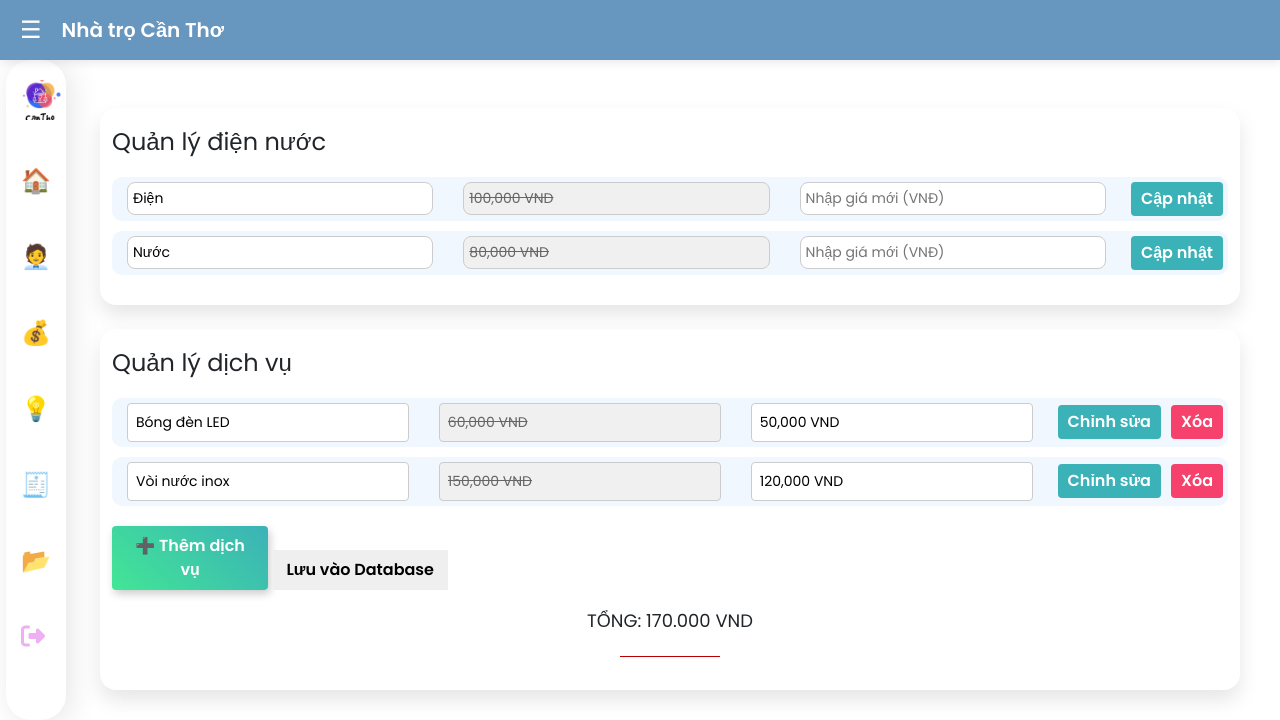
Repository: nhutty0402/DoAn02
Page: HTML/dichvu.html
An editor plug-in stored every save of this project. The page is shown before and after the next save, followed by the edit.
The browser window is 1280 px wide. The pictures show the whole page.

Above is the page before, as saved 2025-03-20 23:58:34.

### HTML/dichvu.html
<!DOCTYPE html>
<html>
<head>
    <meta charset="utf-8">
    <meta http-equiv="X-UA-Compatible" content="IE=edge">
    <title></title>
    <meta name="description" content="">
    <meta name="viewport" content="width=device-width, initial-scale=1">
    <link rel="stylesheet" href="../css/dichvu.css">

    <!-- CSS -->
    <link href="https://cdn.jsdelivr.net/npm/bootstrap@5.3.3/dist/css/bootstrap.min.css" rel="stylesheet" integrity="sha384-QWTKZyjpPEjISv5WaRU9OFeRpok6YctnYmDr5pNlyT2bRjXh0JMhjY6hW+ALEwIH" crossorigin="anonymous">
    <link href="https://fonts.googleapis.com/css2?family=Poppins:wght@300;400;600&display=swap" rel="stylesheet">
    <link rel="stylesheet" href="https://cdnjs.cloudflare.com/ajax/libs/font-awesome/6.4.2/css/all.min.css">

    <!-- JS -->
    <script src="https://cdnjs.cloudflare.com/ajax/libs/jquery/3.7.1/jquery.min.js" integrity="sha512-v2CJ7UaYy4JwqLDIrZUI/4hqeoQieOmAZNXBeQyjo21dadnwR+8ZaIJVT8EE2iyI61OV8e6M8PP2/4hpQINQ/g==" crossorigin="anonymous" referrerpolicy="no-referrer"></script>
    <script src="https://cdn.jsdelivr.net/npm/@popperjs/core@2.11.8/dist/umd/popper.min.js" integrity="sha384-I7E8VVD/ismYTF4hNIPjVp/Zjvgyol6VFvRkX/vR+Vc4jQkC+hVqc2pM8ODewa9r" crossorigin="anonymous"></script>
    <script src="https://cdn.jsdelivr.net/npm/bootstrap@5.3.3/dist/js/bootstrap.min.js" integrity="sha384-0pUGZvbkm6XF6gxjEnlmuGrJXVbNuzT9qBBavbLwCsOGabYfZo0T0to5eqruptLy" crossorigin="anonymous"></script>
</head>

<body>
    <header class="header">
        <div class="menu-toggle">☰</div>
        <div class="header-title">Nhà trọ Cần Thơ</div>
    </header>

    <div class="sidebar">
        <div class="logo_content">
            <div class="logo">
                <div class="icon">
                    <img src="../imag/moi.jpg" alt="Logo">
                </div>
                <div class="logo_name">Xin chào, admin</div>
            </div>
        </div>
        <ul class="nav_list">
            <li><a href="menu.html"><span class="icon">🏠</span><span class="link_name">Trang chủ</span></a></li>
            <li><a href="Quanlykhachhang.html"><span class="icon">🧑‍💼</span><span class="link_name">Quản lý khách hàng</span></a></li>
            <li><a href="doanhthu.html"><span class="icon">💰</span><span class="link_name">Doanh thu</span></a></li>
            <li><a href="dichvu.html"><span class="icon">💡</span><span class="link_name">Dịch vụ</span></a></li>
            <li><a href="hoadon.html"><span class="icon">🧾</span><span class="link_name">Hóa đơn</span></a></li>
            <li><a href="quanlihopdong.html"><span class="icon">📂</span><span class="link_name">Quản lý hợp đồng</span></a></li>
            <li><a href="dangxuat.html" class="logout-link"><span class="icon"><i class="fas fa-sign-out-alt"></i></span><span class="link_name">Đăng Xuất</span></a></li>
        </ul>
    </div>

    <div class="content flex-grow-1 p-4">
        <div class="topbar d-flex justify-content-between align-items-center mb-4"></div>

        <!-- Quản lý điện nước -->
        <div class="container">
            <div class="cf-title-03">
                <h3>Quản lý điện nước</h3>
            </div>
            <div id="product-list">
                <!-- Sản phẩm mẫu được thêm trực tiếp trong HTML -->
                <div class="product">
                    <input type="text" value="Điện" placeholder="Tên sản phẩm" readonly>
                    <input type="text" value="100,000 VND" placeholder="Giá cũ (VNĐ)" readonly class="old-price">
                    <input type="text" value="" placeholder="Nhập giá mới (VNĐ)" oninput="formatCurrency(this)">
                    <div class="btn-group">
                        <button class="update-btn" onclick="updateProduct(this)">Cập nhật</button>
                    </div>
                </div>
                <div class="product">
                    <input type="text" value="Nước" placeholder="Tên sản phẩm" readonly>
                    <input type="text" value="80,000 VND" placeholder="Giá cũ (VNĐ)" readonly class="old-price">
                    <input type="text" value="" placeholder="Nhập giá mới (VNĐ)" oninput="formatCurrency(this)">
                    <div class="btn-group">
                        <button class="update-btn" onclick="updateProduct(this)">Cập nhật</button>
                    </div>
                </div>
            </div>
        </div><br>

        <!-- Quản lý dịch vụ -->
        <div class="container">
            <div class="cf-title-03">
                <h3>Quản lý dịch vụ</h3>
            </div>
            <div id="service-list">
                <!-- Dịch vụ mẫu được thêm trực tiếp trong HTML -->
                <div class="service">
                    <input type="text" value="Bóng đèn LED" placeholder="Tên sản phẩm" readonly class="product-name">
                    <input type="text" value="60,000 VND" placeholder="Giá cũ (VNĐ)" readonly class="old-price">
                    <input type="text" value="50,000 VND" placeholder="Nhập giá mới (VNĐ)" readonly class="new-price">
                    <div class="btn-group">
                        <button class="update-btn" onclick="updateService(this)">Chỉnh sửa</button>
                        <button class="delete-btn" onclick="deleteService(this)">Xóa</button>
                    </div>
                </div>
                <div class="service">
                    <input type="text" value="Vòi nước inox" placeholder="Tên sản phẩm" readonly class="product-name">
                    <input type="text" value="150,000 VND" placeholder="Giá cũ (VNĐ)" readonly class="old-price">
                    <input type="text" value="120,000 VND" placeholder="Nhập giá mới (VNĐ)" readonly class="new-price">
                    <div class="btn-group">
                        <button class="update-btn" onclick="updateService(this)">Chỉnh sửa</button>
                        <button class="delete-btn" onclick="deleteService(this)">Xóa</button>
                    </div>
                </div>
            </div>
            <button class="add-btn" onclick="addService()">➕ Thêm dịch vụ</button>
            <button class="save-db-btn" onclick="saveToDatabase()">Lưu vào Database</button>
            <div class="cf-title-01">
                <h6>TỔNG: <span id="total-price">0 VND</span></h6>
            </div>
        </div>

    <!-- JavaScript -->
    <script>
        const toggle = document.querySelector('.menu-toggle');
        const sidebar = document.querySelector('.sidebar');
        toggle.addEventListener('click', () => {
            sidebar.classList.toggle('active');
        });

        function formatCurrency(input) {
            let value = input.value.replace(/\D/g, '');
            if (value === '') {
                input.value = '';
                return;
            }
            let number = parseInt(value, 10);
            input.value = number.toLocaleString('vi-VN') + ' VND';
        }

        function addService(name = "", price = "", oldPrice = "") {
            let serviceList = document.getElementById("service-list");
            let serviceDiv = document.createElement("div");
            serviceDiv.classList.add("service");
            serviceDiv.innerHTML = `
                <input type="text" value="${name}" placeholder="Tên sản phẩm">
                <input type="text" value="${oldPrice ? parseInt(oldPrice).toLocaleString('vi-VN') + ' VND' : ''}" placeholder="Giá cũ (VNĐ)" readonly class="old-price">
                <input type="text" value="${price}" placeholder="Nhập giá mới (VNĐ)" oninput="formatCurrency(this)">
                <div class="btn-group">
                    <button class="update-btn" onclick="updateService(this)">Cập nhật</button>
                    <button class="delete-btn" onclick="deleteService(this)">Xóa</button>
                </div>
            `;
            serviceList.appendChild(serviceDiv);
        }

        function updateProduct(button) {
            let productDiv = button.closest(".product");
            let inputs = productDiv.querySelectorAll("input");
            if (button.innerText === "Cập nhật") {
                let name = inputs[0].value.trim();
                let price = inputs[2].value.trim().replace(/\D/g, '');
                if (name === "" || price === "") {
                    alert("Vui lòng nhập đầy đủ thông tin!");
                    return;
                }
                inputs[0].setAttribute("readonly", true);
                inputs[2].setAttribute("readonly", true);
                button.innerText = "Chỉnh sửa";
                button.classList.remove("update-btn");
                button.classList.add("edi-btn");
                alert(`Cập nhật thành công: ${name} - ${inputs[2].value}`);
            } else {
                inputs[0].removeAttribute("readonly");
                inputs[2].removeAttribute("readonly");
                button.innerText = "Cập nhật";
                button.classList.remove("edi-btn");
                button.classList.add("update-btn");
            }
        }

        function updateService(button) {
            let serviceDiv = button.closest(".service");
            let inputs = serviceDiv.querySelectorAll("input");
            if (button.innerText === "Cập nhật") {
                let name = inputs[0].value.trim();
                let price = inputs[2].value.trim().replace(/\D/g, '');
                if (name === "" || price === "") {
                    alert("Vui lòng nhập đầy đủ thông tin!");
                    return;
                }
                inputs[0].setAttribute("readonly", true);
                inputs[2].setAttribute("readonly", true);
                button.innerText = "Chỉnh sửa";
                button.classList.remove("update-btn");
                button.classList.add("edi-btn");
                alert(`Cập nhật thành công: ${name} - ${inputs[2].value}`);
            } else {
                inputs[0].removeAttribute("readonly");
                inputs[2].removeAttribute("readonly");
                button.innerText = "Cập nhật";
                button.classList.remove("edi-btn");
                button.classList.add("update-btn");
            }
        }

        function deleteService(button) {
            if (confirm("Bạn có chắc muốn xóa sản phẩm này?")) {
                button.closest(".service").remove();
            }
        }
    </script>
    <!--Tính tổng-->
    <script>
        // Hàm tính tổng giá mới và hiển thị
        function calculateTotal() {
            const newPriceInputs = document.querySelectorAll('.new-price');
            let total = 0;

            newPriceInputs.forEach(input => {
                // Lấy giá trị từ input, loại bỏ " VND" và dấu phẩy
                const priceText = input.value.replace(' VND', '').replace(/,/g, '');
                const price = parseFloat(priceText) || 0; // Chuyển thành số, nếu không hợp lệ thì trả về 0
                total += price;
            });

            // Định dạng tổng với dấu phẩy và thêm " VND"
            const formattedTotal = total.toLocaleString('vi-VN') + ' VND';
            document.getElementById('total-price').textContent = formattedTotal;
        }

        // Hàm thêm dịch vụ mới
        function addService() {
            const serviceList = document.getElementById('service-list');
            const newService = document.createElement('div');
            newService.className = 'service';
            newService.innerHTML = `
                <input type="text" placeholder="Tên sản phẩm" class="product-name">
                <input type="text" placeholder="Giá cũ (VNĐ)" class="old-price">
                <input type="text" placeholder="Nhập giá mới (VNĐ)" class="new-price" oninput="calculateTotal()">
                <div class="btn-group">
                    <button class="update-btn" onclick="updateService(this)">Chỉnh sửa</button>
                    <button class="delete-btn" onclick="deleteService(this)">Xóa</button>
                </div>
            `;
            serviceList.appendChild(newService);
            calculateTotal(); // Cập nhật tổng sau khi thêm
        }

        // Hàm chỉnh sửa dịch vụ (giữ đơn giản, chỉ cho phép chỉnh sửa và lưu)
        function updateService(button) {
            const service = button.closest('.service');
            const inputs = service.querySelectorAll('input');
            const isReadOnly = inputs[0].hasAttribute('readonly');

            if (isReadOnly) {
                // Chuyển sang chế độ chỉnh sửa
                inputs.forEach(input => input.removeAttribute('readonly'));
                button.textContent = 'Lưu';
            } else {
                // Chuyển về chế độ readonly
                inputs.forEach(input => input.setAttribute('readonly', true));
                button.textContent = 'Chỉnh sửa';
                calculateTotal(); // Cập nhật tổng sau khi lưu
            }
        }

        // Hàm xóa dịch vụ
        function deleteService(button) {
            const service = button.closest('.service');
            service.remove();
            calculateTotal(); // Cập nhật tổng sau khi xóa
        }

        // Tính tổng khi trang được tải
        window.onload = calculateTotal;
    </script>
</body>
</html>

### CSS/dichvu.css
/* Reset cơ bản */
* {
  margin: 0;
  padding: 0;
  box-sizing: border-box;
  font-family: 'Poppins', sans-serif;
}

/* Thiết lập body */
body {
  min-height: 100vh;
  background: #e7e7e7;
  display: flex;
  flex-direction: column;
}

/* Header ngang */
.header {
  width: 100%;
  height: 60px;
  background: #6796be;
  color: white;
  display: flex;
  align-items: center;
  padding: 0 20px;
  box-shadow: 0 2px 10px rgba(0, 0, 0, 0.1);
  position: fixed;
  top: 0;
  z-index: 1000;
}

.menu-toggle {
  font-size: 24px;
  cursor: pointer;
  margin-right: 20px;
}

.header-title {
  font-size: 20px;
  font-weight: 600;
}

/* Sidebar dọc */
.sidebar {
  position: fixed;
  top: 60px;
  left: 0;
  height: calc(100% - 60px);
  width: 60px;
  background: #fff;
  margin-left: 6px;
  padding: 10px 5px;
  transition: width 0.3s ease;
  box-shadow: 5px 3px 30px rgba(0, 0, 0, 0.1);
  border-radius: 25px;
  z-index: 900;
}

.sidebar.active {
  width: 240px;
}

.logo_content {
  display: flex;
  align-items: center;
  height: 60px;
  padding: 0 10px;
}

.logo {
  display: flex;
  align-items: center;
  gap: 10px;
}

.logo .icon img {
  width: 40px; /* Kích thước logo nhỏ hơn và đồng đều */
  height: 40px;
  object-fit: cover; /* Đảm bảo ảnh không bị méo */
}

.logo_name {
  font-size: 18px;
  font-weight: 700;
  opacity: 0;
  transition: opacity 0.3s ease;
}

.sidebar.active .logo_name {
  opacity: 1;
}

.nav_list {
  list-style: none;
  padding-left: 0;
  margin-top: 10px;
}

.nav_list li {
  display: flex;
  align-items: center;
  height: 50px; /* Giảm height để khoảng cách đều hơn */
  margin: 26px 0; /* Khoảng cách giữa các mục */
}

.nav_list li a {
  text-decoration: none;
  color: #333;
  display: flex;
  align-items: center;
  width: 100%;
  font-weight: 700;
  padding: 0 10px; /* Khoảng cách bên trong thẻ a */
  transition: font-weight 0.3s ease, transform 0.3s ease; /* Thêm transition cho hiệu ứng */
}
.nav_list li a:hover {
  transform: scale(1.05); /* Phóng to 5% khi hover */
}
.nav_list li .icon {
  font-size: 24px; /* Icon đồng đều kích thước */
  width: 40px; /* Đảm bảo icon căn đều */
  text-align: center;
}

.link_name {
  font-size: 16px;
  opacity: 0;
  transition: opacity 0.3s ease;
}

.sidebar.active .link_name {
  opacity: 1;
}

/* Nội dung chính */
.content {
  margin-top: 60px;
  margin-left: 60px;
  padding: 20px;
  flex-grow: 1;
  transition: margin-left 0.3s ease, width 0.3s ease;
  width: calc(100% - 60px);
  max-width: calc(100vw - 60px);
}

.sidebar.active ~ .content {
  margin-left: 240px;
  width: calc(100% - 240px);
  max-width: calc(100vw - 240px);
}

/* Thanh tìm kiếm */
.search-bar {
  display: flex;
  align-items: center;
  height: 38.5px;
  margin-left: auto;
  background-color: #fff;
  border-radius: 15px;
  padding: 5px;
  box-shadow: 0px 4px 6px rgba(0, 0, 0, 0.2);
  border: 2px solid #5E3582;
}

.search-bar input {
  border: none;
  outline: none;
  padding: 5px 10px;
  border-radius: 5px;
  font-size: 14px;
  width: 90px;
  transition: width 0.3s ease;
}

.search-bar input:focus {
  width: 270px;
}

.search-bar button {
  background-color: #eeaff3;
  border: none;
  color: #1c1919;
  padding: 5px 10px;
  height: 28px;
  border-radius: 10px;
  font-size: 14px;
  cursor: pointer;
  margin-left: 5px;
  transition: background-color 0.3s ease;
}

.search-bar button:hover {
  background-color: #f186f1;
}

/* Button group */
.button-group {
  display: flex;
  gap: 5px;
  padding-left: 10px;
}

.button-group .dathue:hover {
  background: rgb(167, 222, 214);
  color: black;
}

.button-group .phongtrong:hover {
  background: rgb(246, 237, 156);
  color: black;
}

.button-group .hientatca:hover {
  background: rgba(249, 205, 158, 0.952);
  color: black;
}

/* Đăng xuất */
.logout-link {
  display: flex;
  align-items: center;
  text-decoration: none;
  color: #1c1919;
  padding: 10px 15px;
  border-radius: 8px;
  transition: background-color 0.3s ease, transform 0.3s ease;
}
/* Đăng xuất */
.logout-link {
  display: flex;
  align-items: center;
  text-decoration: none;
  color: #1c1919;
  padding: 10px 15px;
  border-radius: 8px;
  transition: background-color 0.3s ease, transform 0.3s ease, font-weight 0.3s ease; /* Thêm transition cho font-weight */
}
.logout-link .icon {
  font-size: 24px; /* Đồng đều với các icon khác */
  width: 40px;
  text-align: center;
  color: #eeaff3;
  transition: transform 0.3s ease;
}

.logout-link .link_name {
  font-size: 16px;
  font-weight: 600;
}

.logout-link:hover {
  background-color: #f6cff3;
  transform: scale(1.05);
}

.logout-link:hover .icon {
  transform: rotate(-20deg);
  color: #d94bd3;
}



/* ====================================================================================================== */
/* ======================================THÂN============================================================= */
/* ========================================================================================================= */

@import url('https://fonts.googleapis.com/css2?family=Poppins:wght@300;400;600&display=swap');

/* body {
    font-family: 'Poppins', sans-serif;
    background: linear-gradient(135deg, #89f7fe, #66a6ff);
    padding: 20px;
    text-align: center;
} */

.container {
    max-width: 600px;
    margin: auto;
    background: white;
    padding: 20px;
    border-radius: 16px;
    box-shadow: 0 10px 20px rgba(0, 0, 0, 0.1);
}

/* h2 {
    color: #333;
    font-weight: 600;
    margin-bottom: 10px;
} */

.product {
    display: flex;
    justify-content: space-between;
    align-items: center;
    padding: 5px;
    border-radius: 10px;
    background: #f1f7ff;
    margin: 10px 0;
    transition: transform 0.1s ease-in-out;
}

.product:hover {
    transform: scale(1.01);
}

.product input {
    flex: 1;
    margin: 0 10px;
    padding: 8px;
    border: 1px solid #ccc;
    border-radius: 8px;
    font-size: 14px;
    transition: all 0.3s;
}

.product input:focus {
    border-color: #007bff;
    outline: none;
    box-shadow: 0 0 5px rgba(0, 123, 255, 0.3);
}

.btn-group {
    display: flex;
    gap: 8px;
}

button {
    border: none;
    cursor: pointer;
    padding: 8px 14px;
    font-size: 14px;
    transition: 0.3s;
    border-radius: 10px;
    font-weight: bold;
}

.update-btn {
    background:  #3bb2b8;
    color: white;
    border-radius: 12px;
}
.update-btn:hover{
  transform: scale(1.05);
}
.edi-btn {
    background:  #f2b876e8;
    color: white;
    border-radius: 12px;
}
.edi-btn:hover{
  transform: scale(1.05);
}
.delete-btn {
    background:  #f6416c;
    color: white;
    border-radius: 12px;
}
.delete-btn:hover{
  transform: scale(1.05);
}
.add-btn {
    width: 14%;
    font-size: 16px;
    padding: 12px;
    color: white;
    background: linear-gradient(45deg, #42e695, #3bb2b8);
    font-weight: bold;
    border-radius: 12px;
    box-shadow: 2px 4px 8px rgba(0, 0, 0, 0.2);
    transition: all 0.3s ease-in-out;
}

.add-btn:hover {
    transform: scale(1.05);
    box-shadow: 4px 6px 12px rgba(0, 0, 0, 0.3);
}
/* ============================================================================================== */
/* ===BẢNG DỊCH VỤ 2============================================================ */
/* =========================================================================================================== */
.service{
  display: flex;
  justify-content: space-between;
  align-items: center;
  padding: 5px;
  border-radius: 10px;
  background: #f1f7ff;
  margin: 10px 0;
  transition: transform 0.1s ease-in-out;
}

.service:hover {
  transform: scale(1.01);
}

.service input {
  flex: 1;
  margin: 0 10px;
  padding: 8px;
  border: 1px solid #ccc;
  border-radius: 8px;
  font-size: 14px;
  transition: all 0.3s;
}

.service input:focus {
  border-color: #007bff;
  outline: none;
  box-shadow: 0 0 5px rgba(0, 123, 255, 0.3);
}
/* ===================================================TỔNG======================================== */




.cf-title-01 h6 {
	text-align:center;
	text-transform:uppercase;
	padding-bottom:5px;
}
/* .cf-title-01 h6:before {
	width:28px;
	height:5px;
	display:block;
	content:"";
	position:absolute;
	bottom:3px;
	left:50%;
	margin-left:-14px;
	background-color:#b80000;
} */
.cf-title-01 h6:after {
	width:100px;
	height:1px;
	display:block;
	content:"";
	position:relative;
	margin-top:25px;
	left:50%;
	margin-left:-50px;
	background-color: #b80000;
}

.container {
  max-width: 800px;
  margin: 20px auto;
  padding: 20px;
}
.product, .service {
  display: flex;
  align-items: center;
  margin: 10px 0;
  gap: 10px;
}
input[type="text"] {
  padding: 5px;
  flex: 1;
}
input[readonly].old-price {
  background-color: #f0f0f0;
  color: #666;
  text-decoration: line-through;
}
.btn-group button {
  margin-left: 5px;
  padding: 5px 10px;
  cursor: pointer;
}
.add-btn {
  padding: 5px 10px;
  margin-top: 10px;
}
/* Tính tổng */
.container {
  max-width: 800px;
  margin: 0 auto;
  padding: 20px;
}

.cf-title-03 h3 {
  font-size: 24px;
  margin-bottom: 20px;
}

.service {
  display: flex;
  align-items: center;
  gap: 10px;
  margin-bottom: 10px;
}

.service input {
  padding: 8px;
  border: 1px solid #ccc;
  border-radius: 4px;
  width: 200px;
}

.btn-group {
  display: flex;
  gap: 5px;
}

.update-btn, .delete-btn, .add-btn {
  padding: 8px 15px;
  border: none;
  border-radius: 4px;
  cursor: pointer;
}



.cf-title-01 h6 {
  font-size: 18px;
  margin-top: 20px;
}

After the next save:
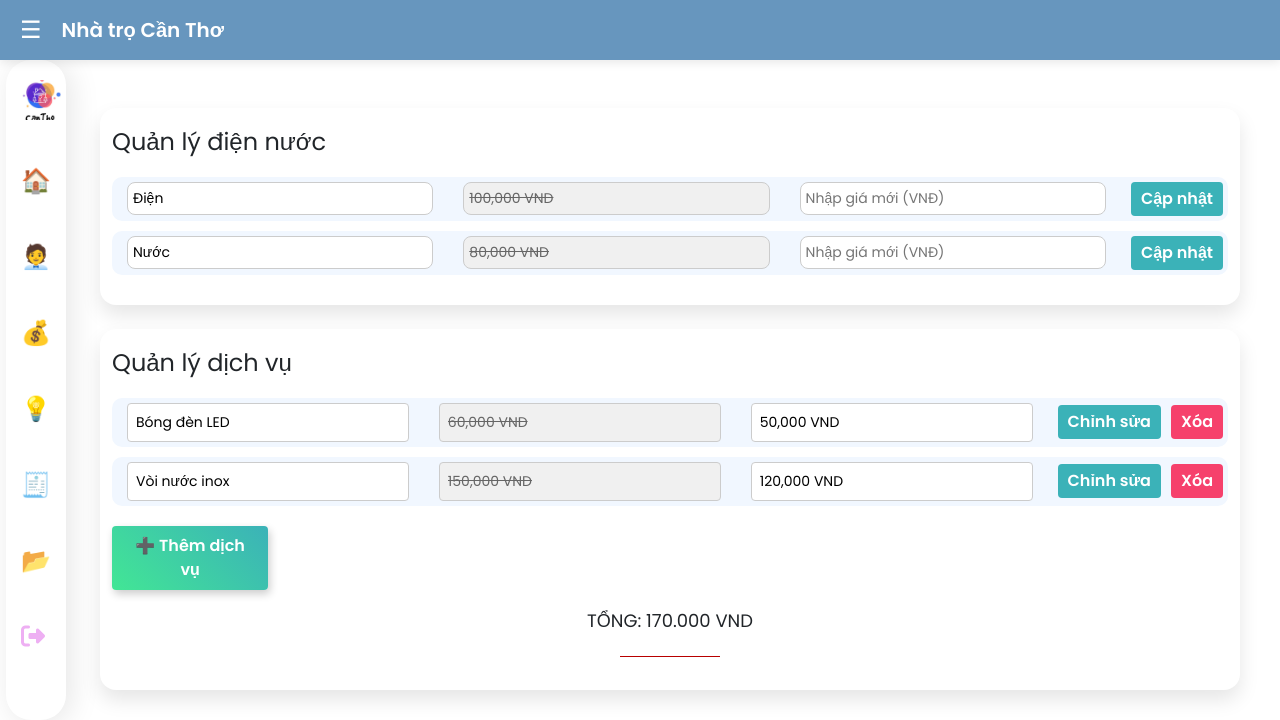
Saved 17 s later.
--- a/HTML/dichvu.html
+++ b/HTML/dichvu.html
@@ -101,7 +101,6 @@
                 </div>
             </div>
             <button class="add-btn" onclick="addService()">➕ Thêm dịch vụ</button>
-            <button class="save-db-btn" onclick="saveToDatabase()">Lưu vào Database</button>
             <div class="cf-title-01">
                 <h6>TỔNG: <span id="total-price">0 VND</span></h6>
             </div>
